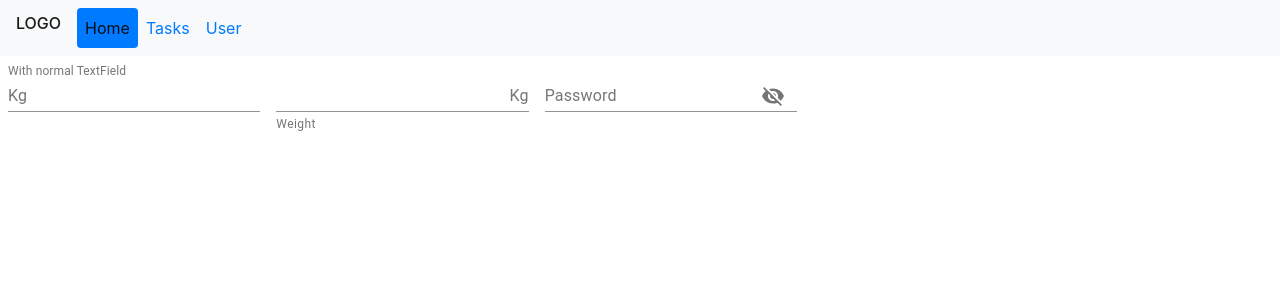
Repository: lalji-yadav/Nimapinfotech-demo-project
Page: /login
These files come from the project's save history. The page is drawn as it stood at one moment and after the next save; the edit follows.
The browser window is 1280 px wide. The pictures show the whole page.
The project was rebuilt for these pictures with package versions that can differ from the ones it lists, and the page was loaded fresh each time. Also part of the build but not shown: src/App.css, src/components/Home.js, src/components/Tasks.js, src/components/Users.js.

Above is the page before, as saved 2021-01-16 20:37:02.

After the next save:
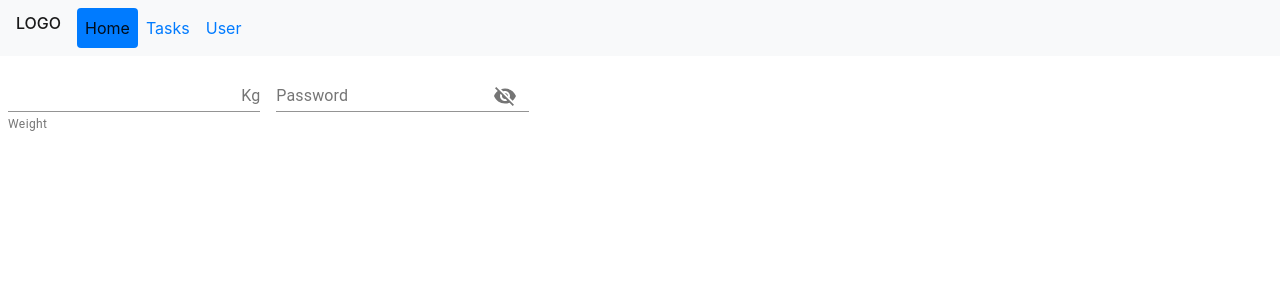
Saved 57 s later.
--- a/src/components/Login.js
+++ b/src/components/Login.js
@@ -102,14 +102,14 @@ export default function Login() {
   return (
     <div className={classes.root}>
       <div>
-        <TextField
+        {/* <TextField
           label="With normal TextField"
           id="standard-start-adornment"
           className={clsx(classes.margin, classes.textField)}
           InputProps={{
             startAdornment: <InputAdornment position="start">Kg</InputAdornment>,
           }}
-        />
+        /> */}
         <FormControl className={clsx(classes.margin, classes.withoutLabel, classes.textField)}>
           <Input
             id="standard-adornment-weight"
